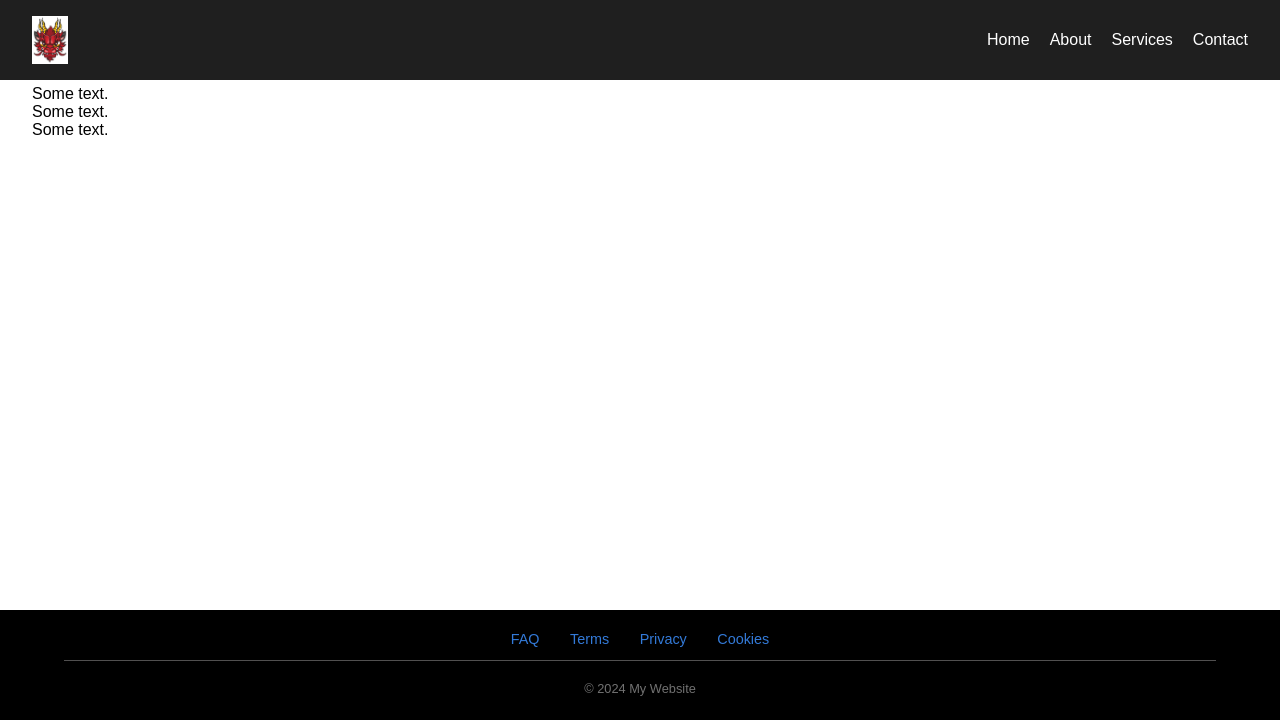
Repository: andreamm-lab/css-positioning-examples-2025-10
Page: index.html
These files come from the project's save history. The page is drawn as it stood at one moment and after the next save; the edit follows.
The browser window is 1280 px wide. The pictures show the whole page.

Above is the page before, as saved 2025-11-10 19:29:52.

After the next save:
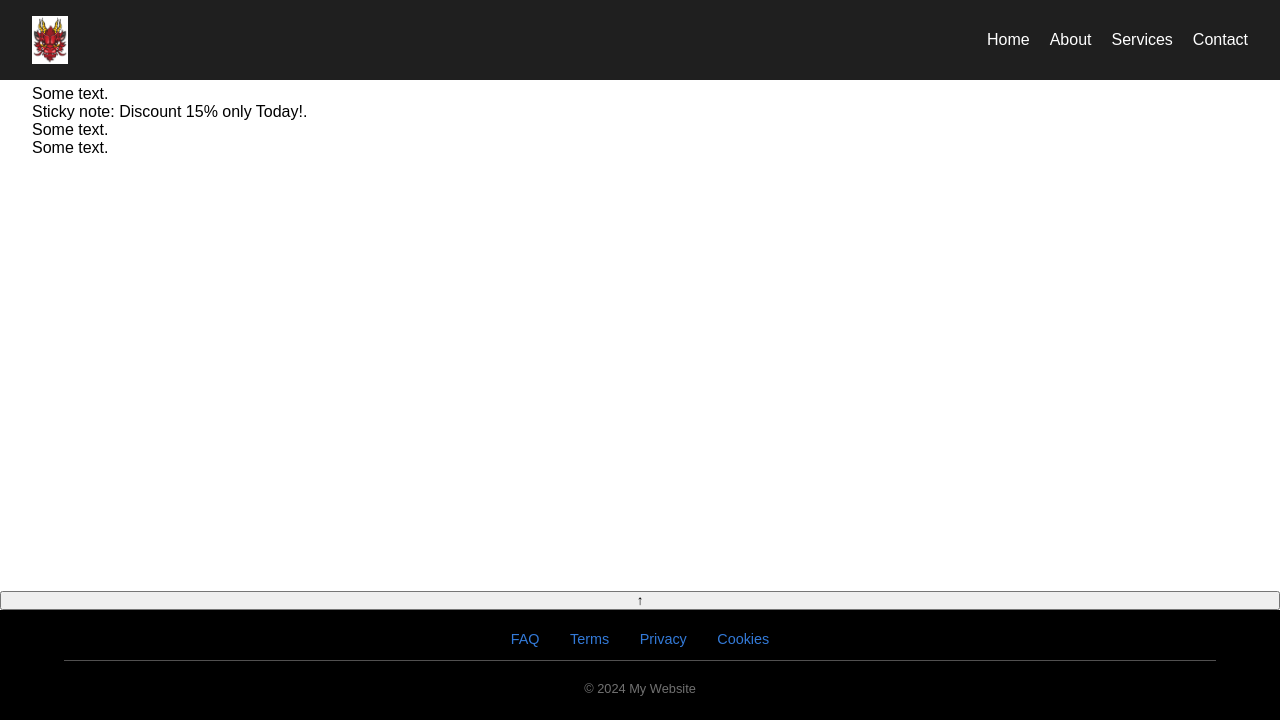
Saved 10 min 17 s later.
--- a/index.html
+++ b/index.html
@@ -37,7 +37,13 @@
 
     <section class="section-a">
       <p>Some text.</p>
+
+      <!-- Sticky Element in Home -->
+      <div class="home-sticky-box">
+        Sticky note: Discount 15% only Today!.
+      </div>
     </section>
+
     <section class="section-b">
       <p>Some text.</p>
     </section>
@@ -45,6 +51,9 @@
       <p>Some text.</p>
     </section>
   </main>
+
+  <!-- Button: type back to top -->
+  <button id="back-to-top" onclick="window.scrollTo({top: 0, behavior: 'smooth'});">↑</button>
 
   <!------------------------------------- Footer ------------------------------------->
   <footer id="main-footer">
